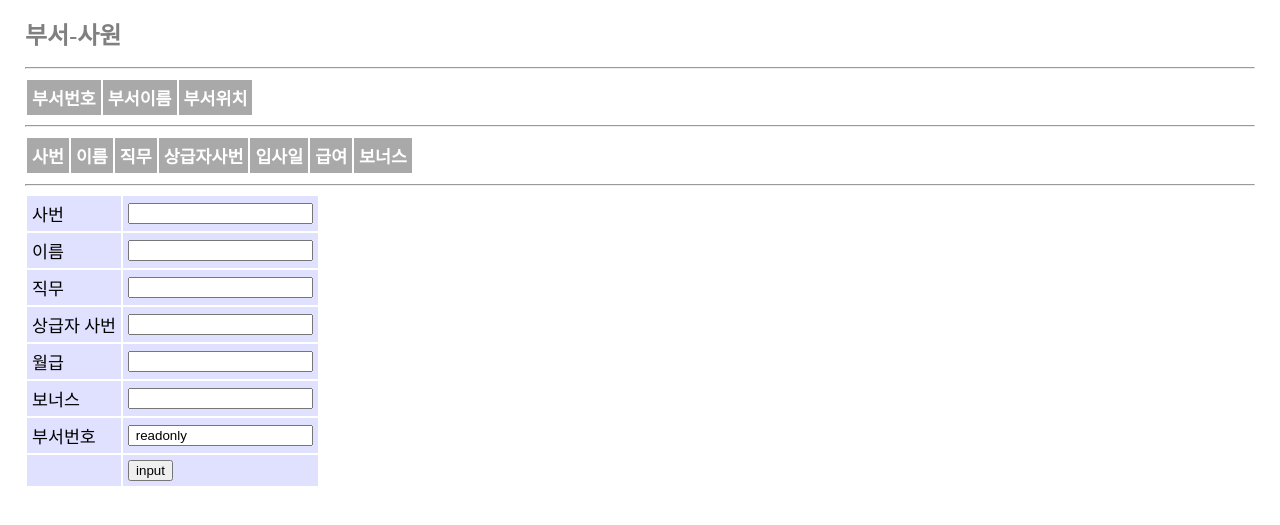
Repository: jjuiru/web-sts4
Page: http://localhost/_sb0322-1/WEB-INF/views/root.jsp
These files come from the project's save history. The page is drawn as it stood at one moment and after the next save; the edit follows.
The browser window is 1280 px wide. The pictures show the whole page.
The page is served by Tomcat 9. Nobody is signed in. The template is opened directly, without the code that normally fills it, so the values that code supplies are empty.

Above is the page before, as saved 2024-03-22 09:25:44.

After the next save:
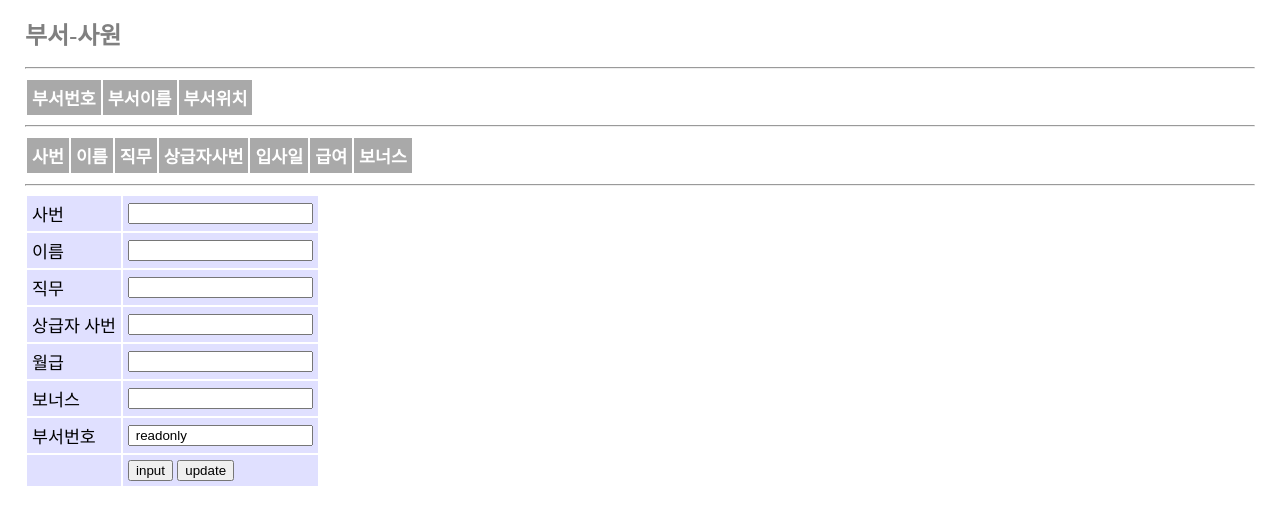
Saved 3 min 43 s later.
--- a/_sb0322-1/src/main/webapp/WEB-INF/views/root.jsp
+++ b/_sb0322-1/src/main/webapp/WEB-INF/views/root.jsp
@@ -114,12 +114,20 @@ td {
 			</tr>
 			<tr>
 				<td></td>
-				<td><input type="submit" style="display: inline-block;" value="input"  />
-				</form>
-				</td>
-			</tr>
+            <td>
+                <input type="submit" style="display: inline-block;" value="input" />
+                <button type="button" style="display: inline-block;" onclick="submitForm('update')">update</button>
+            </td>
+        </tr>
+    </form>
+</table>
 
-	</table>
+<script>
+    function submitForm(action) {
+        document.getElementById('form').action = action;
+        document.getElementById('form').submit();
+    }
+</script>
 
 </body>
 </html>
